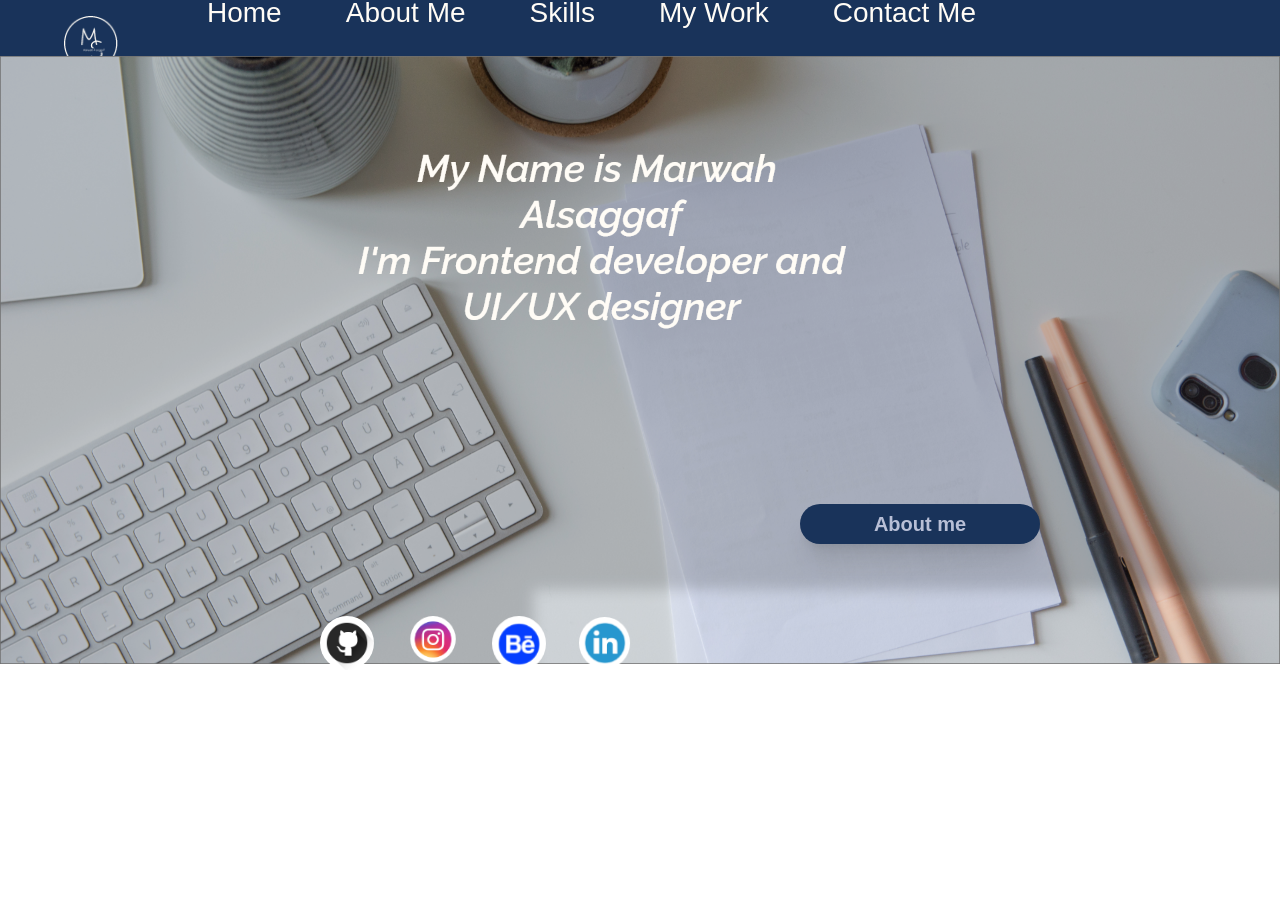
Repository: MEROO1010/my_portfolio
Page: /
An editor plug-in stored every save of this project. The page is shown before and after a run of saves, followed by the edit.
The browser window is 1280 px wide. The pictures show the whole page.
The project was rebuilt for these pictures with package versions that can differ from the ones it lists, and the page was loaded fresh each time. The framework's server and built-in components were replaced by stand-ins that run in the browser. Also part of the build but not shown: next.config.js.

Above is the page before, as saved 2023-03-10 01:34:04.

After the next 4 saves:
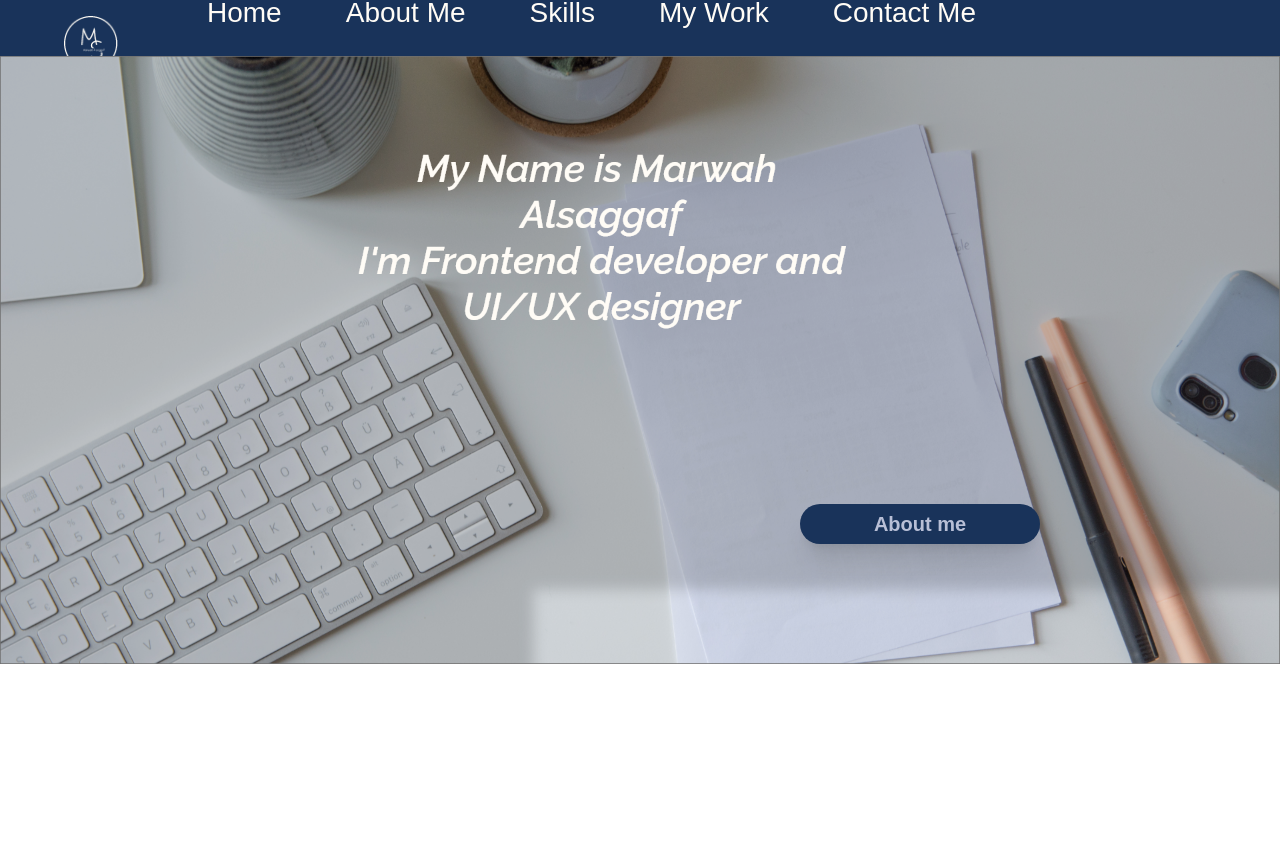
The 4 saves are shown as one change because they came seconds apart.
The last was saved 14 s later.
--- a/pages/components/HomePage.tsx
+++ b/pages/components/HomePage.tsx
@@ -32,7 +32,7 @@
         {/*add my others accounts list*/}
 
         <div>
-          <ul className=' absolute   float-right flex flex-col top-80 py-60 px-80   space-x-8 md:flex-row '>
+          <ul className=' absolute   float-right flex flex-col top-80 py-60 px-80 mx-80   space-x-8 md:flex-row '>
             <li><a><Image src="/assets/images/github.png" alt="main image" width={54} height={54}/></a></li>
             <li><a><Image src="/assets/images/instagram.png" alt="main image" width={54} height={54}/></a></li>
             <li><a><Image src="/assets/images/behance.png" alt="main image" width={54} height={54}/></a></li>

After the save that followed:
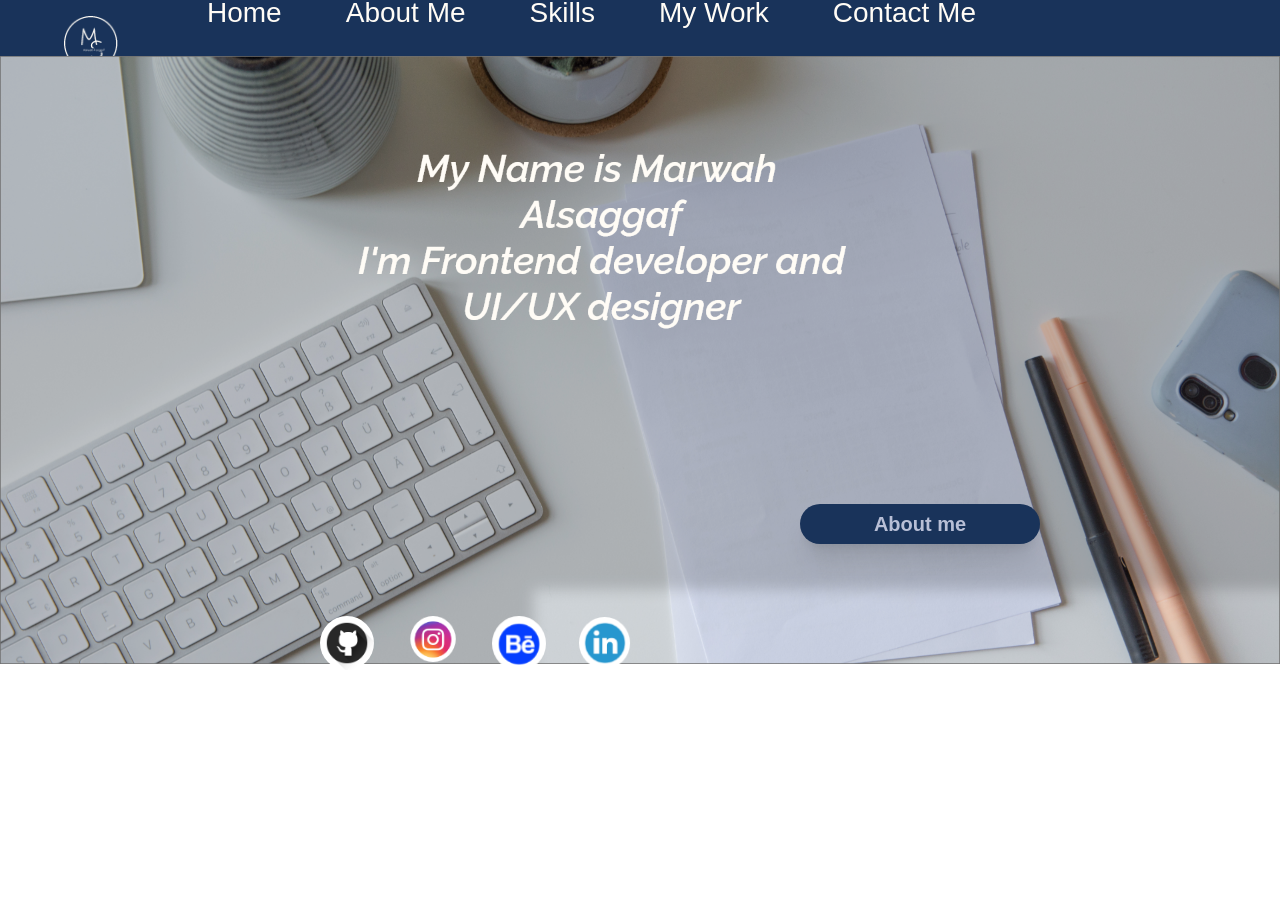
Saved 4 s later.
--- a/pages/components/HomePage.tsx
+++ b/pages/components/HomePage.tsx
@@ -32,7 +32,7 @@
         {/*add my others accounts list*/}
 
         <div>
-          <ul className=' absolute   float-right flex flex-col top-80 py-60 px-80 mx-80   space-x-8 md:flex-row '>
+          <ul className=' absolute   float-right flex flex-col top-80 py-60 px-80 mx-100   space-x-8 md:flex-row '>
             <li><a><Image src="/assets/images/github.png" alt="main image" width={54} height={54}/></a></li>
             <li><a><Image src="/assets/images/instagram.png" alt="main image" width={54} height={54}/></a></li>
             <li><a><Image src="/assets/images/behance.png" alt="main image" width={54} height={54}/></a></li>
